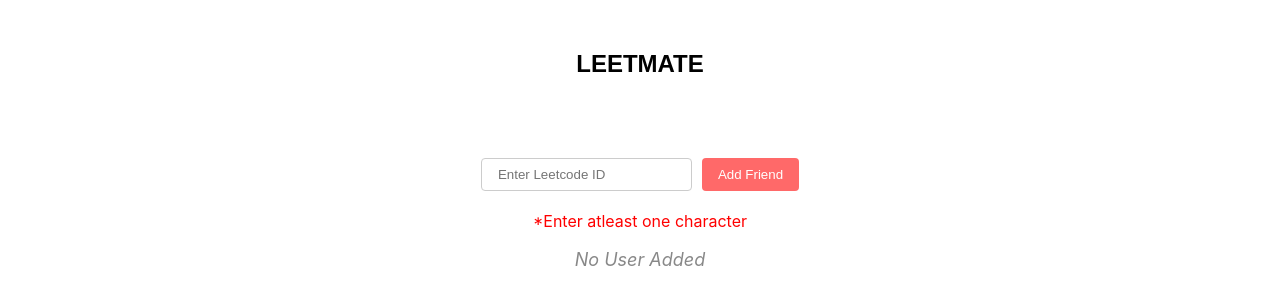
Repository: Sanketh149/leetcode-discord
Page: /
An editor plug-in stored every save of this project. The page is shown before and after the next save, followed by the edit.
The browser window is 1280 px wide. The pictures show the whole page.
The project was rebuilt for these pictures with package versions that can differ from the ones it lists, and the page was loaded fresh each time. Also part of the build but not shown: src/Modal.module.css, src/Modal.js, src/Cart.module.css, src/Cart.js.

Above is the page before, as saved 2023-06-21 17:11:48.

### public/index.html
<!DOCTYPE html>
<html lang="en">
  <head>
    <meta charset="utf-8" />
    <link rel="icon" href="%PUBLIC_URL%/favicon.ico" />
    <meta name="viewport" content="width=device-width, initial-scale=1" />
    <meta name="theme-color" content="#000000" />
    <meta
      name="description"
      content="Web site created using create-react-app"
    />
    <link rel="apple-touch-icon" href="%PUBLIC_URL%/logo192.png" />
    <!--
      manifest.json provides metadata used when your web app is installed on a
      user's mobile device or desktop. See https://developers.google.com/web/fundamentals/web-app-manifest/
    -->
    <link rel="manifest" href="%PUBLIC_URL%/manifest.json" />
    <!--
      Notice the use of %PUBLIC_URL% in the tags above.
      It will be replaced with the URL of the `public` folder during the build.
      Only files inside the `public` folder can be referenced from the HTML.

      Unlike "/favicon.ico" or "favicon.ico", "%PUBLIC_URL%/favicon.ico" will
      work correctly both with client-side routing and a non-root public URL.
      Learn how to configure a non-root public URL by running `npm run build`.
    -->
    <title>LeetMate</title>
  </head>
  <body>
    <noscript>You need to enable JavaScript to run this app.</noscript>
    <div id="root"></div>
    <div id="overlays"></div>
    <!--
      This HTML file is a template.
      If you open it directly in the browser, you will see an empty page.

      You can add webfonts, meta tags, or analytics to this file.
      The build step will place the bundled scripts into the <body> tag.

      To begin the development, run `npm start` or `yarn start`.
      To create a production bundle, use `npm run build` or `yarn build`.
    -->
  </body>
</html>

### src/App.js
import React, { useState } from "react";
import "./App.css";
import Cart from "./Cart";
const API_ENDPOINT = "/graphql";
const App = () => {
  const [username, setUsername] = useState("");
  const [user, setUser] = useState([]);
  const [leetId, setLeetId] = useState([]);
  const displayTitle = (item, titleSlug) => {
    const exisitingTitles = user.map((innerArray) => innerArray[0]);
    const exisitingSlugs = user.map((innerArray) => innerArray[1]);
    const uniqueTitles = [...new Set([...exisitingTitles, ...item])];
    const uniqueSlugs = [...new Set([...exisitingSlugs, ...titleSlug])];
    // const uniquePairs = uniqueTitles.map((name, index) => ({
    //   name,
    //   link: uniqueSlugs[index],
    // }));
    const uniquePairs = [];
    for (let i = 0; i < uniqueSlugs.length; i++) {
      const temp = [uniqueTitles[i], uniqueSlugs[i]];
      uniquePairs.push(temp);
    }
    setUser((prevState) => {
      return uniquePairs;
    });
  };

  const handleFormSubmit = async (event) => {
    event.preventDefault();

    const query = `
      {
        recentAcSubmissionList(username: "${username}") {
          id
          title
          titleSlug
        }
      }
    `;

    const url = `${API_ENDPOINT}?query=${encodeURIComponent(query)}`;

    fetch(url)
      .then((response) => response.json())
      .then((result) => {
        const titles = result.data.recentAcSubmissionList.map(
          (submission) => submission.title
        );
        const titleslugs = result.data.recentAcSubmissionList.map(
          (submission) => submission.titleSlug
        );
        displayTitle(titles, titleslugs);
        // displayTitleSlug(titleslugs);
      })
      .catch((error) => {
        setCartIsShown(true);
      });
  };

  const handleSubmit = (event) => {
    event.preventDefault();
    handleFormSubmit(event);
    if (!leetId.includes(username)) {
      setLeetId((prevState) => [...prevState, username]);
    }
  };
  const [cartIsShown, setCartIsShown] = useState(false);
  const showCartHandler = () => {
    setCartIsShown(true);
  };
  const hideCartHandler = () => {
    setCartIsShown(false);
  };
  const isSubmitDisabled = username.trim().length === 0;
  return (
    <div className="app">
      {cartIsShown && <Cart onClose={hideCartHandler} />}
      <h1 className="app__title">LEETMATE</h1>

      <form onSubmit={handleSubmit} className="app__form">
        <input
          type="text"
          value={username}
          onChange={(event) => setUsername(event.target.value)}
          placeholder="Enter Leetcode ID"
          className="app__input"
        />
        <button
          type="submit"
          className={`${
            isSubmitDisabled === true ? "app__button_disabled" : "app__button"
          }`}
          disabled={isSubmitDisabled}
        >
          Add Friend
        </button>
      </form>
      {isSubmitDisabled === true && (
        <div style={{ display: "block" }} className="errorShow">
          {" "}
          *Enter atleast one character
        </div>
      )}
      {leetId.map((item) => (
        <a href={`https://leetcode.com/${item}`} target="_blank">
          <button className="displayNameButton">{item}</button>
        </a>
      ))}
      {user.length > 0 && <div> The problems below are links :</div>}
      {user.length > 0 ? (
        <ul className="app__list">
          {user.map((item) => (
            <li className="app__item">
              <a
                href={`https://leetcode.com/problems/${item[1]}`}
                target="_blank"
              >
                {item[0]}
              </a>
            </li>
          ))}
        </ul>
      ) : (
        <p className="app__message">No User Added</p>
      )}
    </div>
  );
};

export default App;

### src/App.css
.app {
  text-align: center;
  margin-top: 50px;
}

.app__title {
  font-family: Arial, Helvetica, sans-serif;
  font-size: 24px;
  margin-bottom: 80px;
}

.app__form {
  display: flex;
  justify-content: center;
  margin-bottom: 20px;
}

.app__input {
  padding: 8px 16px;
  margin-right: 10px;
  border-radius: 4px;
  border: 1px solid #ccc;
}

.app__button {
  padding: 8px 16px;
  border-radius: 4px;
  background-color: #007bff;
  color: #fff;
  border: none;
  cursor: pointer;
}

.app__button_disabled {
  padding: 8px 16px;
  border-radius: 4px;
  background-color: #ff6969;
  color: #fff;
  border: none;
  cursor: pointer;
}

.app__list {
  list-style: none;
  padding-left: 0;
  margin-bottom: 20px;
}

.app__item {
  font-size: 18px;
  margin-bottom: 10px;
}

.app__message {
  font-size: 18px;
  font-style: italic;
  color: #888;
}

.app__list a {
  color: #007bff; /* Set the color for regular links */
  text-decoration: none; /* Remove underline for links */
}

.app__list a:visited {
  color: #007bff; /* Set the color for visited links */
}

.errorShow {
  color: red;
}

.displayNameButton {
  background-color: #f2f2f2;
  border: 1px solid black;
  border-radius: 4px;
  padding: 8px 12px;
  font-size: 14px;
  cursor: pointer;
  margin: 1rem;
}
.displayNameButton:hover {
  background-color: #e0e0e0;
}

Loaded but not shown: src/index.js (common file); src/index.css (common file); src/reportWebVitals.js (common file)

After the next save:
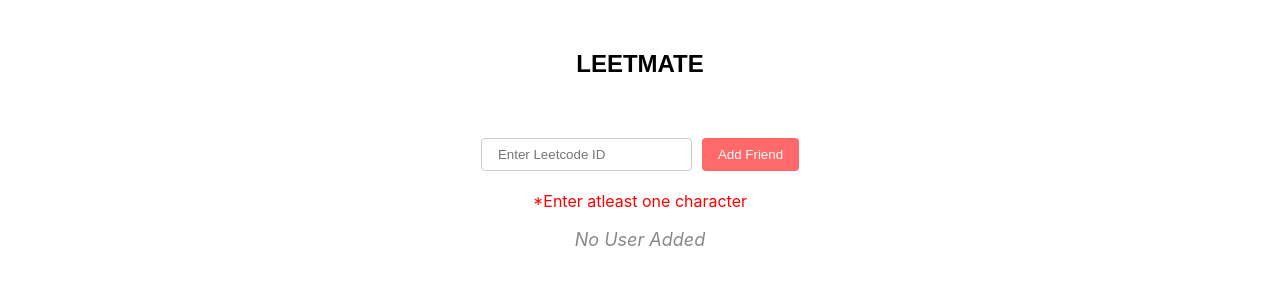
Saved 8 s later.
--- a/src/App.css
+++ b/src/App.css
@@ -6,7 +6,7 @@
 .app__title {
   font-family: Arial, Helvetica, sans-serif;
   font-size: 24px;
-  margin-bottom: 80px;
+  margin-bottom: 60px;
 }
 
 .app__form {
